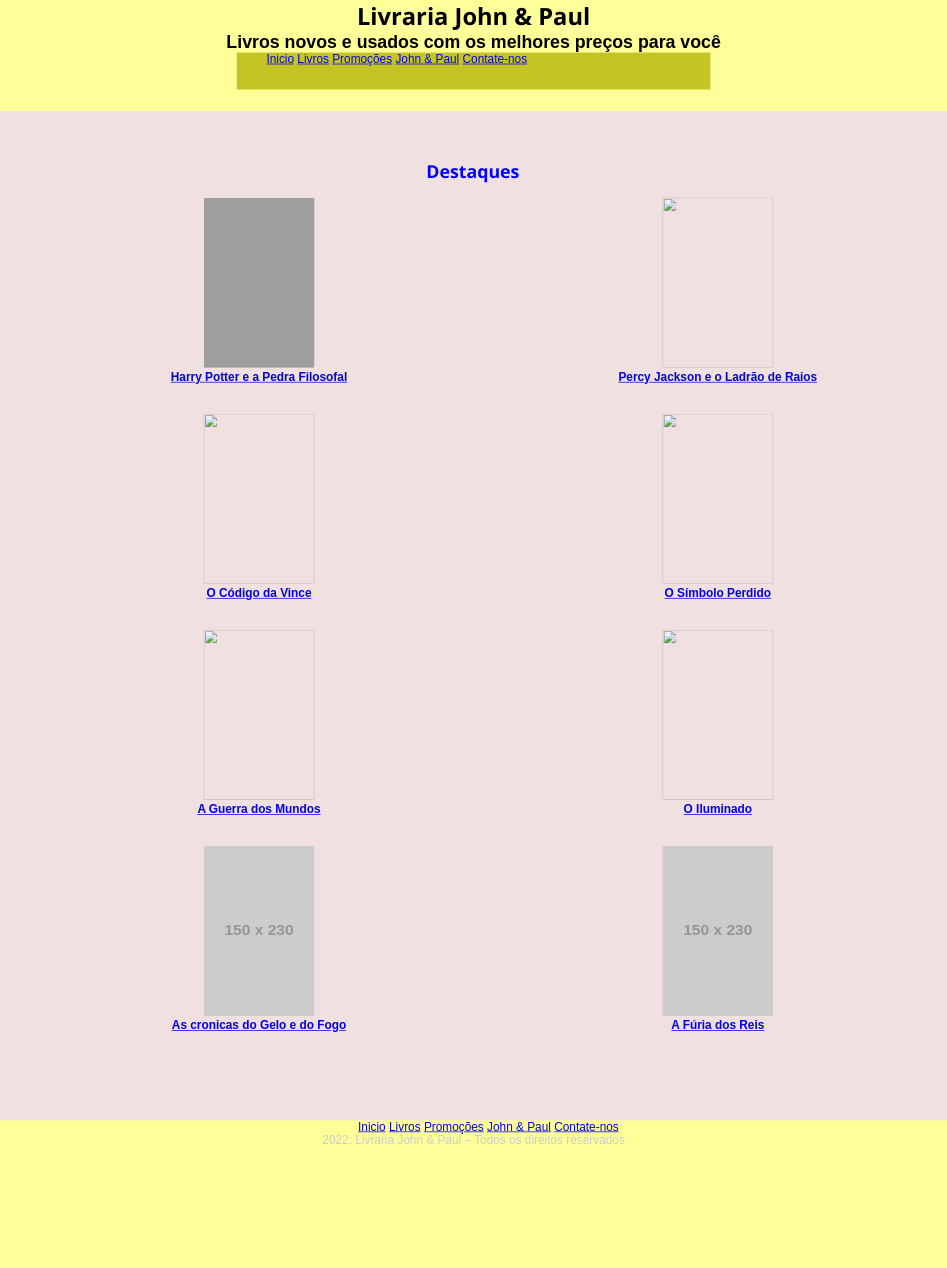
Repository: MarcoantonioCaldeira/Site-livraria-John-e-Paul
Page: index.html
The author's editor kept a copy of each file at every save. The page is drawn from the files as they stood at one save, then again after the next save.
The browser window is 1280 px wide. The pictures show the whole page, at 74% of full size.
Pictures or frames that could not be fetched are drawn as grey boxes.

Above is the page before, as saved 2022-09-24 17:12:07.

After the next save:
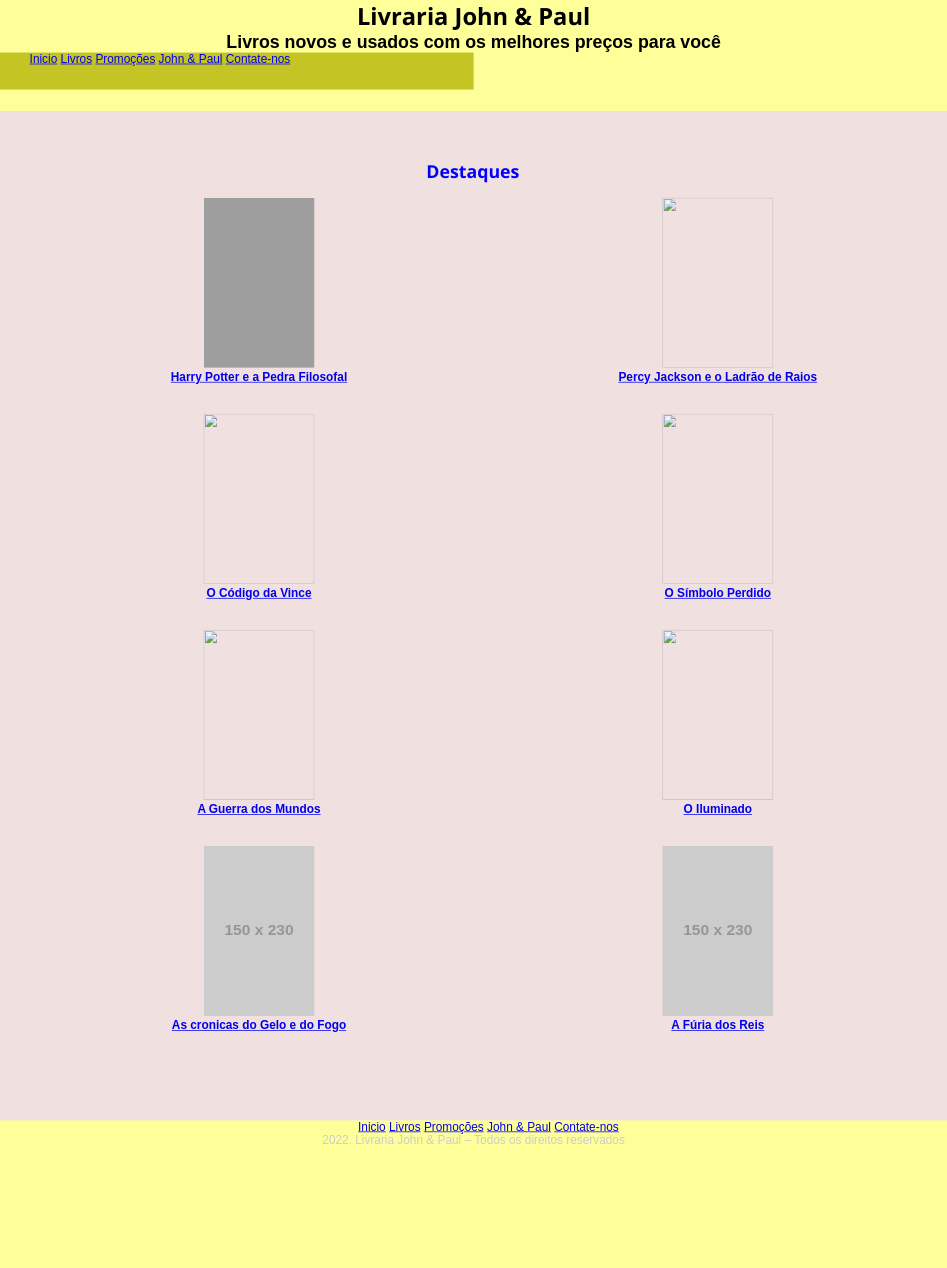
Saved 20 s later.
--- a/css/estilo.css
+++ b/css/estilo.css
@@ -38,9 +38,10 @@
 
 #menu{
    width:50%;
+
    height:50px;
    background-color: #c4c424;
-   margin:0 auto;
+   margin:0 2 auto;
 }
 
 

After the 2 saves that followed:
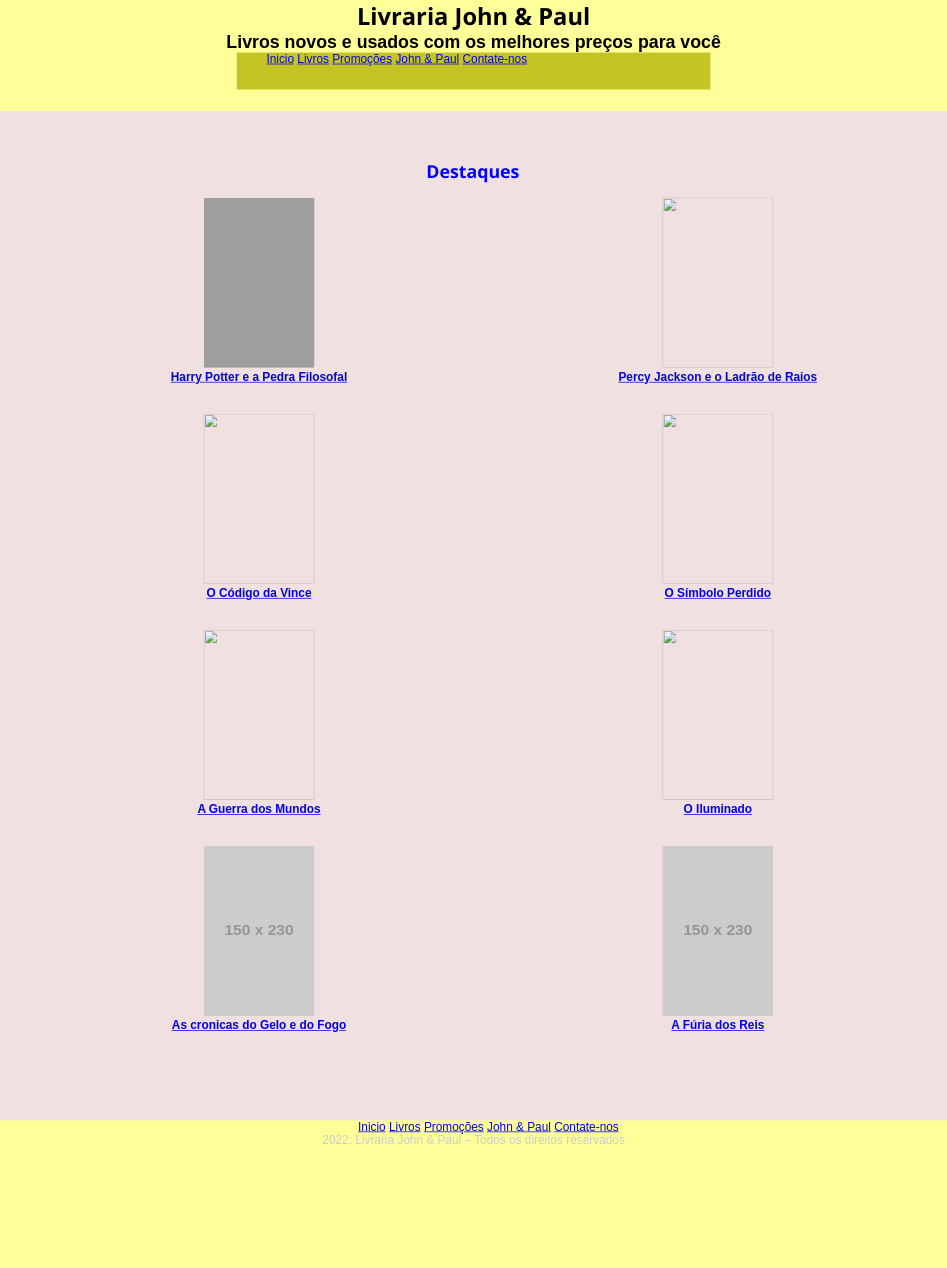
The 2 saves are shown as one change because 1 left the picture as it was.
The last was saved 12 s later.
--- a/css/estilo.css
+++ b/css/estilo.css
@@ -41,7 +41,7 @@
 
    height:50px;
    background-color: #c4c424;
-   margin:0 2 auto;
+   margin:0 auto;
 }
 
 
